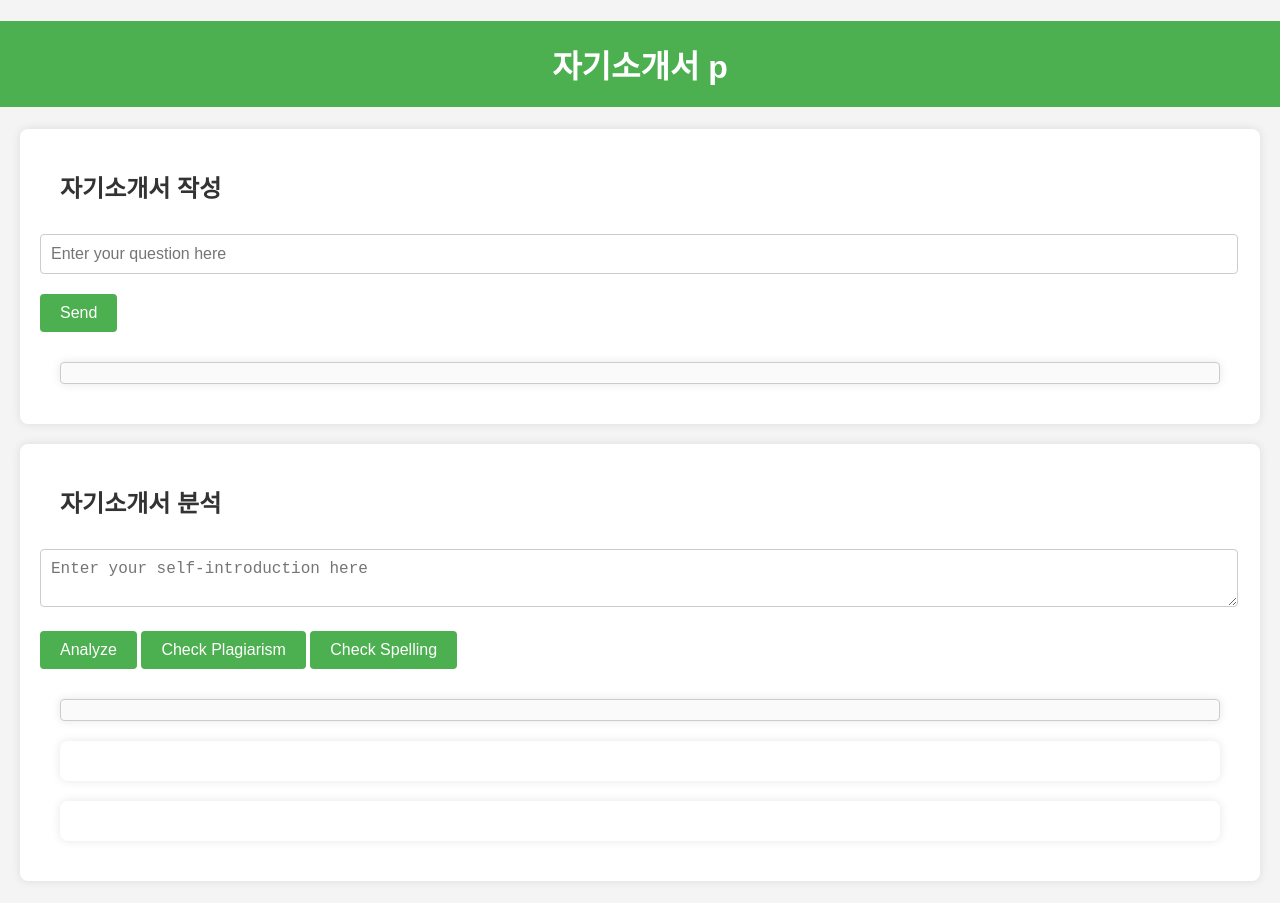
Repository: Choi9912/Flask_IntroduceGPT
Page: http://localhost/
These files come from the project's save history. The page is drawn as it stood at one moment and after the next save; the edit follows.
The browser window is 1280 px wide. The pictures show the whole page.
The page is served by the project's application, run on Flask 3 (app.py).

Above is the page before, as saved 2024-07-27 10:38:23.

### templates/index.html
<!doctype html>
<html lang="en">
<head>
    <meta charset="UTF-8">
    <title>AI Q&A</title>
    <link rel="stylesheet" href="{{ url_for('static', filename='style.css') }}">
</head>
<body>
    <h1>자기소개서 p</h1>
    <div>
        <h2>자기소개서 작성</h2>
        <input type="text" id="question" placeholder="Enter your question here">
        <button id="sendBtn">Send</button>
        <div id="conversation"></div>
    </div>
    <div>
        <h2>자기소개서 분석</h2>
        <textarea id="introduction" placeholder="Enter your self-introduction here"></textarea>
        <button id="analyzeBtn">Analyze</button>
        <button id="plagiarismBtn">Check Plagiarism</button>
        <button id="spellCheckBtn">Check Spelling</button>
        <div id="analysis"></div>
        <div id="plagiarism"></div>
        <div id="spellCheck"></div>
    </div>
    <script src="{{ url_for('static', filename='script.js') }}"></script>
</body>
</html>

### app.py
from flask import Flask, request, jsonify, render_template
import requests
import logging

# Configure logging
logging.basicConfig(level=logging.DEBUG)

class SelfIntroductionAnalyzer:
    def __init__(self, api_url):
        self.api_url = api_url

    def analyze(self, introduction, method):
        if method == 'iterative_refinement':
            return self.iterative_refinement(introduction)
        elif method == 'step_by_step':
            return self.step_by_step(introduction)
        elif method == 'few_shot':
            return self.few_shot(introduction)
        elif method == 'constraint_setting':
            return self.constraint_setting(introduction)
        else:
            return 'Error: Invalid method'

    def iterative_refinement(self, introduction):
        messages = [
            {"role": "system", "content": "당신은 자기소개서를 분석하는 AI입니다."},
            {"role": "user", "content": f"다음 자기소개서를 분석해주세요: {introduction}"}
        ]
        try:
            response = requests.post(self.api_url, json=messages)
            response.raise_for_status()
            return response.json().get('choices')[0]['message']['content']
        except requests.RequestException as e:
            logging.error(f"Error in iterative_refinement: {e}")
            messages.append({"role": "user", "content": "Please clarify the previous answer."})
            try:
                response = requests.post(self.api_url, json=messages)
                response.raise_for_status()
                return response.json().get('choices')[0]['message']['content']
            except requests.RequestException as e:
                logging.error(f"Error in refinement retry: {e}")
                return 'Error: Unable to get a response from the API'

    def step_by_step(self, introduction):
        steps = [
            "Step 1: Analyze the introduction.",
            "Step 2: Identify key points and themes.",
            "Step 3: Evaluate the structure and coherence."
        ]
        messages = [
            {"role": "system", "content": "당신은 자기소개서를 분석하는 AI입니다."},
            {"role": "user", "content": f"다음 자기소개서를 분석해주세요: {introduction}"},
            {"role": "assistant", "content": " ".join(steps)}
        ]
        try:
            response = requests.post(self.api_url, json=messages)
            response.raise_for_status()
            return response.json().get('choices')[0]['message']['content']
        except requests.RequestException as e:
            logging.error(f"Error in step_by_step: {e}")
            return 'Error: Unable to get a response from the API'

    def few_shot(self, introduction):
        examples = [
            {"role": "user", "content": "자기소개서의 강점을 분석해주세요.", "role": "assistant", "content": "자기소개서의 강점은 명확한 목표 설정과 구체적인 경험 사례입니다."},
            {"role": "user", "content": "자기소개서에서 개선할 점을 알려주세요.", "role": "assistant", "content": "자기소개서의 개선할 점은 내용의 일관성과 논리적 흐름입니다."}
        ]
        messages = [
            {"role": "system", "content": "당신은 자기소개서를 분석하는 AI입니다."},
            *examples,
            {"role": "user", "content": f"다음 자기소개서를 분석해주세요: {introduction}"}
        ]
        try:
            response = requests.post(self.api_url, json=messages)
            response.raise_for_status()
            return response.json().get('choices')[0]['message']['content']
        except requests.RequestException as e:
            logging.error(f"Error in few_shot: {e}")
            return 'Error: Unable to get a response from the API'

    def constraint_setting(self, introduction):
        constraints = "최대한 자세하게 알려주세요."
        messages = [
            {"role": "system", "content": "당신은 자기소개서를 분석하는 AI입니다."},
            {"role": "user", "content": f"다음 자기소개서를 분석해주세요: {introduction}\n{constraints}"}
        ]
        try:
            response = requests.post(self.api_url, json=messages)
            response.raise_for_status()
            return response.json().get('choices')[0]['message']['content']
        except requests.RequestException as e:
            logging.error(f"Error in constraint_setting: {e}")
            return 'Error: Unable to get a response from the API'


class SelfIntroductionWriter:
    def __init__(self, api_url):
        self.api_url = api_url

    def write(self, prompt, method):
        if method == 'iterative_refinement':
            return self.iterative_refinement(prompt)
        elif method == 'step_by_step':
            return self.step_by_step(prompt)
        elif method == 'few_shot':
            return self.few_shot(prompt)
        elif method == 'constraint_setting':
            return self.constraint_setting(prompt)
        else:
            return 'Error: Invalid method'

    def iterative_refinement(self, prompt):
        messages = [
            {"role": "system", "content": "당신은 자기소개서를 작성하는 AI입니다."},
            {"role": "user", "content": f"다음 프롬프트로 자기소개서를 작성해주세요: {prompt}"}
        ]
        try:
            response = requests.post(self.api_url, json=messages)
            response.raise_for_status()
            return response.json().get('choices')[0]['message']['content']
        except requests.RequestException as e:
            logging.error(f"Error in iterative_refinement: {e}")
            messages.append({"role": "user", "content": "Please improve the previous version."})
            try:
                response = requests.post(self.api_url, json=messages)
                response.raise_for_status()
                return response.json().get('choices')[0]['message']['content']
            except requests.RequestException as e:
                logging.error(f"Error in refinement retry: {e}")
                return 'Error: Unable to get a response from the API'

    def step_by_step(self, prompt):
        steps = [
            "Step 1: Understand the prompt.",
            "Step 2: Identify key points to include.",
            "Step 3: Draft the introduction with a logical flow."
        ]
        messages = [
            {"role": "system", "content": "당신은 자기소개서를 작성하는 AI입니다."},
            {"role": "user", "content": f"다음 프롬프트로 자기소개서를 작성해주세요: {prompt}"},
            {"role": "assistant", "content": " ".join(steps)}
        ]
        try:
            response = requests.post(self.api_url, json=messages)
            response.raise_for_status()
            return response.json().get('choices')[0]['message']['content']
        except requests.RequestException as e:
            logging.error(f"Error in step_by_step: {e}")
            return 'Error: Unable to get a response from the API'

    def few_shot(self, prompt):
        examples = [
            {"role": "user", "content": "자기소개서를 작성해주세요.", "role": "assistant", "content": "저는 열정적이고 성실한 사람입니다. 저는 다양한 경험을 통해 성장했습니다."},
            {"role": "user", "content": "자기소개서의 핵심을 작성해주세요.", "role": "assistant", "content": "저는 협력과 도전정신을 중요시하며, 항상 새로운 것을 배우고자 합니다."}
        ]
        messages = [
            {"role": "system", "content": "당신은 자기소개서를 작성하는 AI입니다."},
            *examples,
            {"role": "user", "content": f"다음 프롬프트로 자기소개서를 작성해주세요: {prompt}"}
        ]
        try:
            response = requests.post(self.api_url, json=messages)
            response.raise_for_status()
            return response.json().get('choices')[0]['message']['content']
        except requests.RequestException as e:
            logging.error(f"Error in few_shot: {e}")
            return 'Error: Unable to get a response from the API'

    def constraint_setting(self, prompt):
        constraints = ""
        messages = [
            {"role": "system", "content": "당신은 자기소개서를 작성하는 AI입니다."},
            {"role": "user", "content": f"다음 프롬프트로 자기소개서를 작성해주세요: {prompt}\n{constraints}"}
        ]
        try:
            response = requests.post(self.api_url, json=messages)
            response.raise_for_status()
            return response.json().get('choices')[0]['message']['content']
        except requests.RequestException as e:
            logging.error(f"Error in constraint_setting: {e}")
            return 'Error: Unable to get a response from the API'


class PlagiarismChecker:
    def __init__(self, api_url):
        self.api_url = api_url

    def check(self, text):
        messages = [
            {"role": "system", "content": "당신은 카피킬러 AI입니다."},
            {"role": "user", "content": f"다음 글의 표절 여부를 확인해주세요: {text}"}
        ]
        try:
            response = requests.post(self.api_url, json=messages)
            response.raise_for_status()
            return response.json().get('choices')[0]['message']['content']
        except requests.RequestException as e:
            logging.error(f"Error in PlagiarismChecker: {e}")
            return 'Error: Unable to get a response from the API'


class SpellChecker:
    def __init__(self, api_url):
        self.api_url = api_url

    def check(self, text):
        messages = [
            {"role": "system", "content": "당신은 맞춤법 검사 AI입니다."},
            {"role": "user", "content": f"다음 글의 맞춤법을 확인해주세요: {text}"}
        ]
        try:
            response = requests.post(self.api_url, json=messages)
            response.raise_for_status()
            return response.json().get('choices')[0]['message']['content']
        except requests.RequestException as e:
            logging.error(f"Error in SpellChecker: {e}")
            return 'Error: Unable to get a response from the API'


class PromptOptimizerApp:
    def __init__(self, analyzer, writer, plagiarism_checker, spell_checker):
        self.app = Flask(__name__)
        self.analyzer = analyzer
        self.writer = writer
        self.plagiarism_checker = plagiarism_checker
        self.spell_checker = spell_checker
        self.setup_routes()

    def setup_routes(self):
        self.app.add_url_rule('/', 'index', self.index)
        self.app.add_url_rule('/generate', 'generate', self.generate, methods=['POST'])
        self.app.add_url_rule('/analyze', 'analyze', self.analyze_route, methods=['POST'])
        self.app.add_url_rule('/write', 'write', self.write_route, methods=['POST'])
        self.app.add_url_rule('/plagiarism_check', 'plagiarism_check', self.plagiarism_check_route, methods=['POST'])
        self.app.add_url_rule('/spell_check', 'spell_check', self.spell_check_route, methods=['POST'])

    def index(self):
        return render_template('index.html')

    def generate(self):
        data = request.get_json()
        question = data.get('question')
        logging.debug(f"Received question: {question}")

        answer = self.writer.iterative_refinement(question)
        return jsonify({'answer': answer})

    def analyze_route(self):
        data = request.get_json()
        introduction = data.get('introduction')
        method = data.get('method', 'iterative_refinement')  # Default to 'iterative_refinement'
        logging.debug(f"Received introduction: {introduction} with method: {method}")
        analysis = self.analyzer.analyze(introduction, method)
        return jsonify({'analysis': analysis})

    def write_route(self):
        data = request.get_json()
        prompt = data.get('prompt')
        method = data.get('method', 'iterative_refinement')  # Default to 'iterative_refinement'
        logging.debug(f"Received prompt: {prompt} with method: {method}")
        writing = self.writer.write(prompt, method)
        return jsonify({'writing': writing})

    def plagiarism_check_route(self):
        data = request.get_json()
        text = data.get('text')
        logging.debug(f"Received text for plagiarism check: {text}")
        report = self.plagiarism_checker.check(text)
        return jsonify({'plagiarism_report': report})

    def spell_check_route(self):
        data = request.get_json()
        text = data.get('text')
        logging.debug(f"Received text for spell check: {text}")
        report = self.spell_checker.check(text)
        return jsonify({'spell_check_report': report})

    def run(self):
        self.app.run(debug=True)


if __name__ == '__main__':
    API_URL = 'https://open-api.jejucodingcamp.workers.dev/'
    analyzer = SelfIntroductionAnalyzer(API_URL)
    writer = SelfIntroductionWriter(API_URL)
    plagiarism_checker = PlagiarismChecker(API_URL)
    spell_checker = SpellChecker(API_URL)
    app_instance = PromptOptimizerApp(analyzer, writer, plagiarism_checker, spell_checker)
    app_instance.run()

### static/style.css
body {
    font-family: Arial, sans-serif;
    background-color: #f4f4f4;
    margin: 0;
    padding: 0;
}

h1 {
    background-color: #4CAF50;
    color: white;
    padding: 20px;
    text-align: center;
}

h2 {
    color: #333;
    margin-left: 20px;
}

div {
    margin: 20px;
    padding: 20px;
    background-color: white;
    border-radius: 8px;
    box-shadow: 0 0 10px rgba(0, 0, 0, 0.1);
}

input[type="text"], textarea {
    width: calc(100% - 24px);
    padding: 10px;
    margin: 10px 0;
    border: 1px solid #ccc;
    border-radius: 4px;
    font-size: 16px;
}

button {
    background-color: #4CAF50;
    color: white;
    padding: 10px 20px;
    margin: 10px 0;
    border: none;
    border-radius: 4px;
    cursor: pointer;
    font-size: 16px;
}

button:hover {
    background-color: #45a049;
}

#conversation, #analysis {
    margin-top: 20px;
    padding: 10px;
    border: 1px solid #ccc;
    border-radius: 4px;
    background-color: #fafafa;
    max-height: 300px;
    overflow-y: auto;
}

#conversation div, #analysis div {
    padding: 10px;
    border-bottom: 1px solid #ccc;
}

#conversation div:last-child, #analysis div:last-child {
    border-bottom: none;
}

### static/script.js
document.addEventListener('DOMContentLoaded', function() {
    const questionInput = document.getElementById('question');
    const sendBtn = document.getElementById('sendBtn');
    const conversation = document.getElementById('conversation');
    const introductionInput = document.getElementById('introduction');
    const analyzeBtn = document.getElementById('analyzeBtn');
    const analysisDiv = document.getElementById('analysis');
    const plagiarismBtn = document.getElementById('plagiarismBtn');
    const spellCheckBtn = document.getElementById('spellCheckBtn');
    const plagiarismDiv = document.getElementById('plagiarism');
    const spellCheckDiv = document.getElementById('spellCheck');

    function sendQuestion() {
        const question = questionInput.value;
        if (question.trim() === '') return;

        const userQuestionDiv = document.createElement('div');
        userQuestionDiv.textContent = `You: ${question}`;
        conversation.appendChild(userQuestionDiv);

        fetch('/generate', {
            method: 'POST',
            headers: {
                'Content-Type': 'application/json'
            },
            body: JSON.stringify({ question: question })
        })
        .then(response => response.json())
        .then(data => {
            const aiAnswerDiv = document.createElement('div');
            aiAnswerDiv.textContent = `AI: ${data.answer}`;
            conversation.appendChild(aiAnswerDiv);
            conversation.scrollTop = conversation.scrollHeight;
        })
        .catch(error => {
            console.error('Error:', error);
            const errorDiv = document.createElement('div');
            errorDiv.textContent = 'Error: Unable to get a response from the server.';
            conversation.appendChild(errorDiv);
        });

        questionInput.value = '';
    }

    function analyzeIntroduction() {
        const introduction = introductionInput.value;
        if (introduction.trim() === '') return;

        fetch('/analyze', {
            method: 'POST',
            headers: {
                'Content-Type': 'application/json'
            },
            body: JSON.stringify({ introduction: introduction })
        })
        .then(response => response.json())
        .then(data => {
            const analysisResultDiv = document.createElement('div');
            analysisResultDiv.textContent = `Analysis: ${data.analysis}`;
            analysisDiv.appendChild(analysisResultDiv);
            analysisDiv.scrollTop = analysisDiv.scrollHeight;
        })
        .catch(error => {
            console.error('Error:', error);
            const errorDiv = document.createElement('div');
            errorDiv.textContent = 'Error: Unable to get a response from the server.';
            analysisDiv.appendChild(errorDiv);
        });

        introductionInput.value = '';
    }

    function checkPlagiarism() {
        const text = introductionInput.value;
        if (text.trim() === '') return;

        fetch('/plagiarism_check', {
            method: 'POST',
            headers: {
                'Content-Type': 'application/json'
            },
            body: JSON.stringify({ text: text })
        })
        .then(response => response.json())
        .then(data => {
            const plagiarismResultDiv = document.createElement('div');
            plagiarismResultDiv.textContent = `Plagiarism Report: ${data.plagiarism_report}`;
            plagiarismDiv.appendChild(plagiarismResultDiv);
            plagiarismDiv.scrollTop = plagiarismDiv.scrollHeight;
        })
        .catch(error => {
            console.error('Error:', error);
            const errorDiv = document.createElement('div');
            errorDiv.textContent = 'Error: Unable to get a response from the server.';
            plagiarismDiv.appendChild(errorDiv);
        });
    }

    function checkSpelling() {
        const text = introductionInput.value;
        if (text.trim() === '') return;

        fetch('/spell_check', {
            method: 'POST',
            headers: {
                'Content-Type': 'application/json'
            },
            body: JSON.stringify({ text: text })
        })
        .then(response => response.json())
        .then(data => {
            const spellCheckResultDiv = document.createElement('div');
            spellCheckResultDiv.textContent = `Spell Check Report: ${data.spell_check_report}`;
            spellCheckDiv.appendChild(spellCheckResultDiv);
            spellCheckDiv.scrollTop = spellCheckDiv.scrollHeight;
        })
        .catch(error => {
            console.error('Error:', error);
            const errorDiv = document.createElement('div');
            errorDiv.textContent = 'Error: Unable to get a response from the server.';
            spellCheckDiv.appendChild(errorDiv);
        });
    }

    sendBtn.addEventListener('click', sendQuestion);
    questionInput.addEventListener('keydown', function(event) {
        if (event.key === 'Enter') {
            sendQuestion();
        }
    });

    analyzeBtn.addEventListener('click', analyzeIntroduction);
    plagiarismBtn.addEventListener('click', checkPlagiarism);
    spellCheckBtn.addEventListener('click', checkSpelling);
});

After the next save:
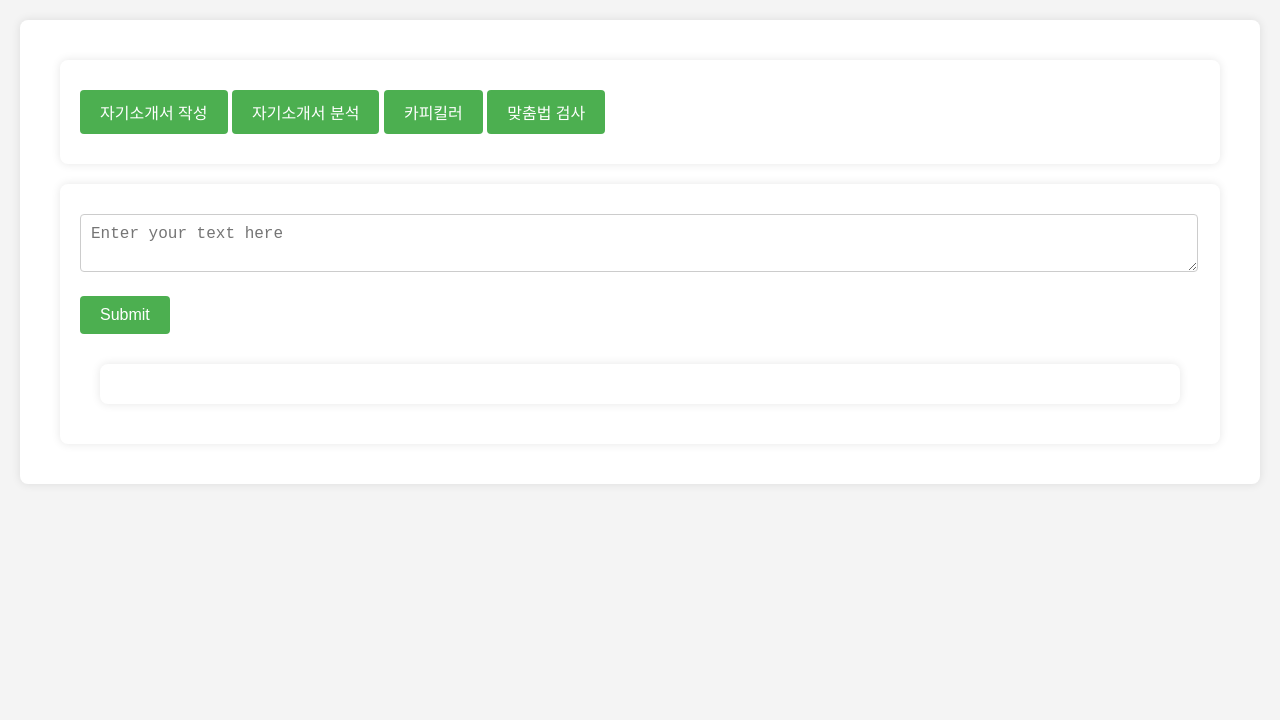
Console error: TypeError: Cannot read properties of null (reading 'addEventListener')
Saved 8 min 22 s later.
--- a/templates/index.html
+++ b/templates/index.html
@@ -6,22 +6,18 @@
     <link rel="stylesheet" href="{{ url_for('static', filename='style.css') }}">
 </head>
 <body>
-    <h1>자기소개서 p</h1>
-    <div>
-        <h2>자기소개서 작성</h2>
-        <input type="text" id="question" placeholder="Enter your question here">
-        <button id="sendBtn">Send</button>
-        <div id="conversation"></div>
-    </div>
-    <div>
-        <h2>자기소개서 분석</h2>
-        <textarea id="introduction" placeholder="Enter your self-introduction here"></textarea>
-        <button id="analyzeBtn">Analyze</button>
-        <button id="plagiarismBtn">Check Plagiarism</button>
-        <button id="spellCheckBtn">Check Spelling</button>
-        <div id="analysis"></div>
-        <div id="plagiarism"></div>
-        <div id="spellCheck"></div>
+    <div class="container">
+        <div class="sidebar">
+            <button id="sendBtn">자기소개서 작성</button>
+            <button id="analyzeBtn">자기소개서 분석</button>
+            <button id="plagiarismBtn">카피킬러</button>
+            <button id="spellCheckBtn">맞춤법 검사</button>
+        </div>
+        <div class="content">
+            <textarea id="inputArea" placeholder="Enter your text here"></textarea>
+            <button id="actionBtn">Submit</button>
+            <div id="output"></div>
+        </div>
     </div>
     <script src="{{ url_for('static', filename='script.js') }}"></script>
 </body>
